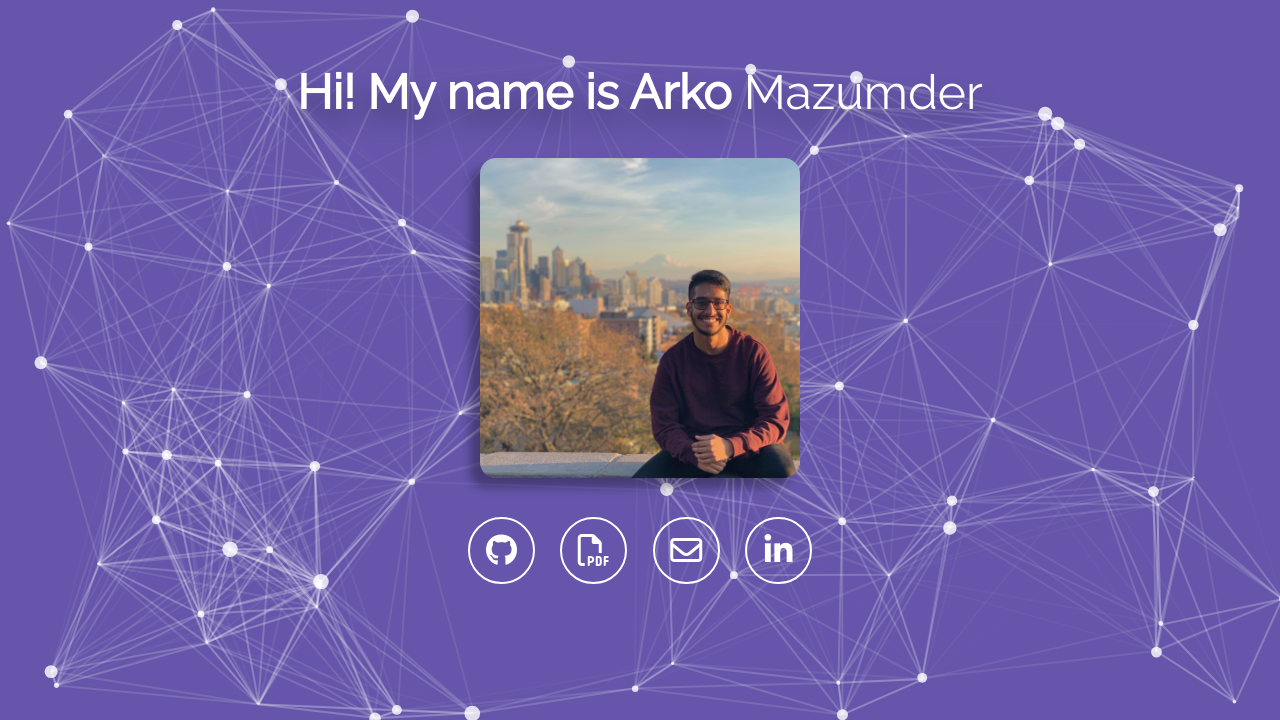
Repository: arkomz/arkomz.github.io
Page: index.html
An editor plug-in stored every save of this project. The page is shown before and after the next save, followed by the edit.
The browser window is 1280 px wide. The pictures show the whole page.
Some web libraries are served in a nearby version.

Above is the page before, as saved 2020-07-22 23:56:11.

After the next save:
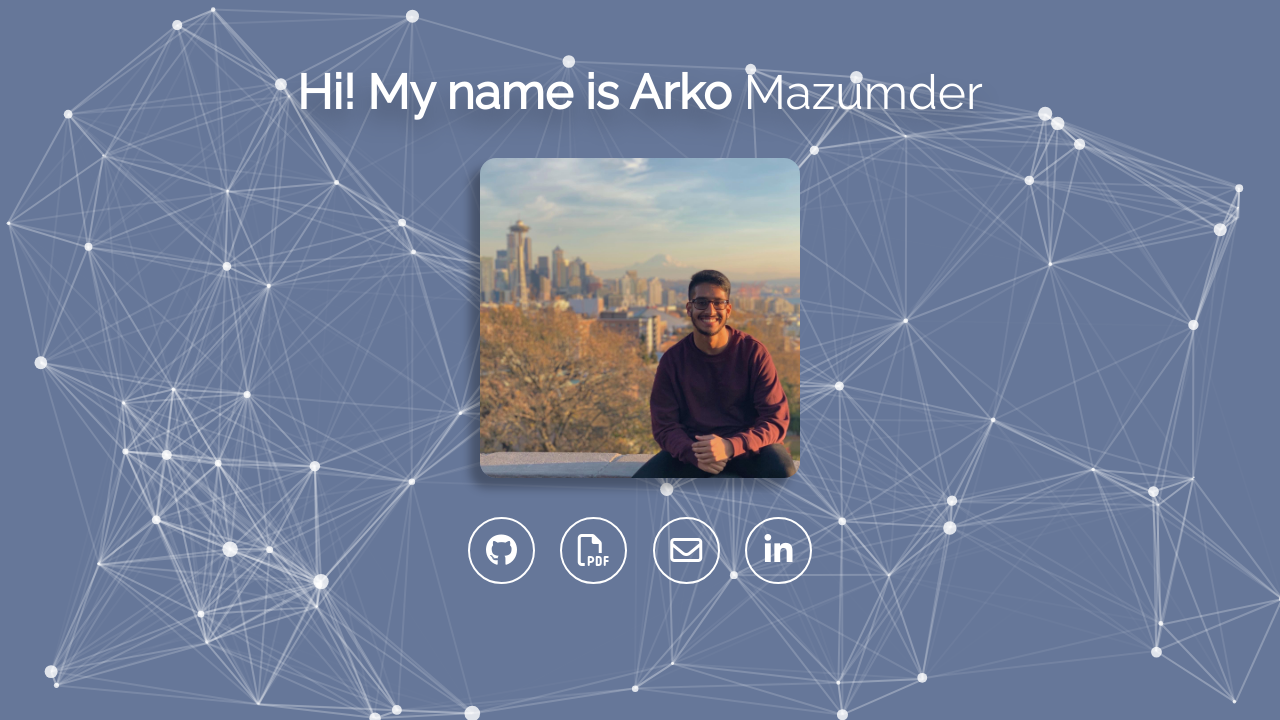
Saved 5 min 59 s later.
--- a/assets/css/styles.css
+++ b/assets/css/styles.css
@@ -26,9 +26,9 @@ body, html {
 }
 
 body {
-    background: #6655aa ;  /* fallback for old browsers */
-    background: -webkit-linear-gradient(to right, #6655aa, #6655aa);  /* Chrome 10-25, Safari 5.1-6 */
-    background: linear-gradient(to right, #6655aa, #6655aa); /* W3C, IE 10+/ Edge, Firefox 16+, Chrome 26+, Opera 12+, Safari 7+ */
+    background: #667799 ;  /* fallback for old browsers */
+    background: -webkit-linear-gradient(to right, #667799, #667799);  /* Chrome 10-25, Safari 5.1-6 */
+    background: linear-gradient(to right, #667799, #667799); /* W3C, IE 10+/ Edge, Firefox 16+, Chrome 26+, Opera 12+, Safari 7+ */
     margin: 0;
     animation: fade 3s forwards ease;
 }
